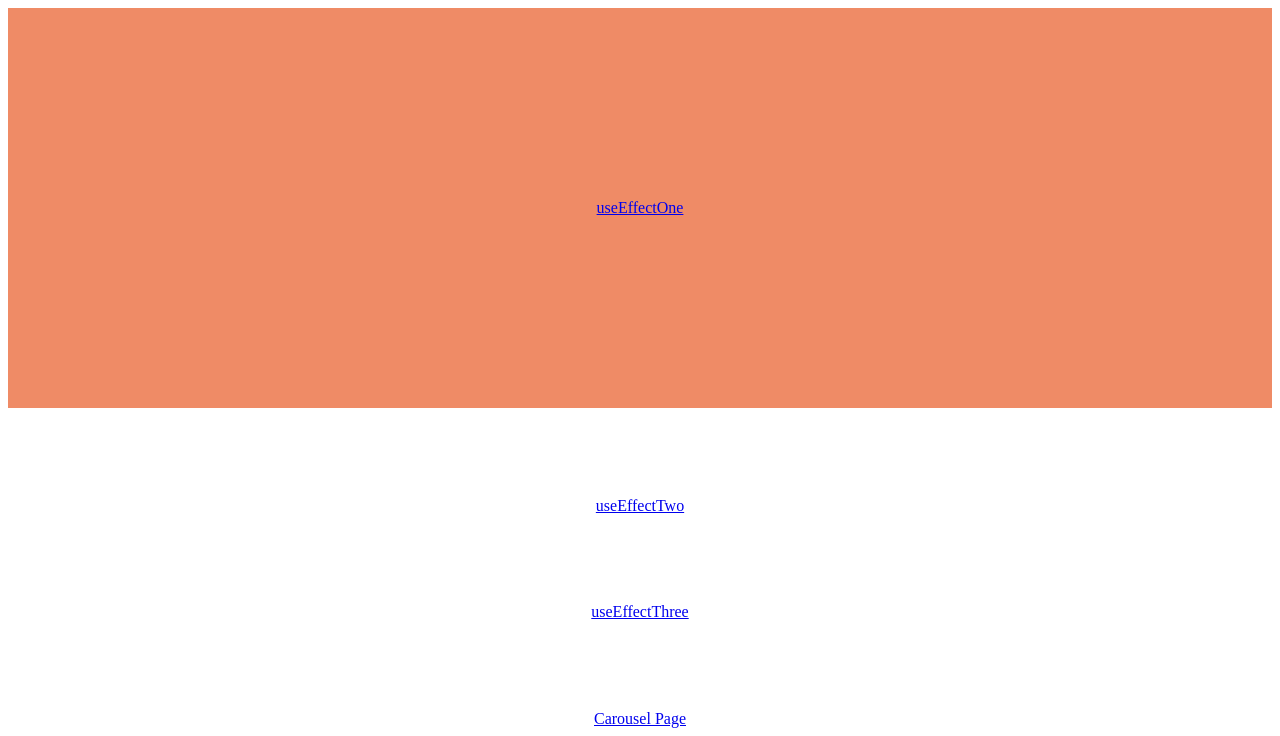
Repository: giovanabirck/class8
Page: /
These files come from the project's save history. The page is drawn as it stood at one moment and after the next save; the edit follows.
The browser window is 1280 px wide. The pictures show the whole page.
The project was rebuilt for these pictures with package versions that can differ from the ones it lists, and the page was loaded fresh each time. The framework's server and built-in components were replaced by stand-ins that run in the browser. Also part of the build but not shown: next.config.js.

Above is the page before, as saved 2023-02-23 17:48:18.

After the next save:
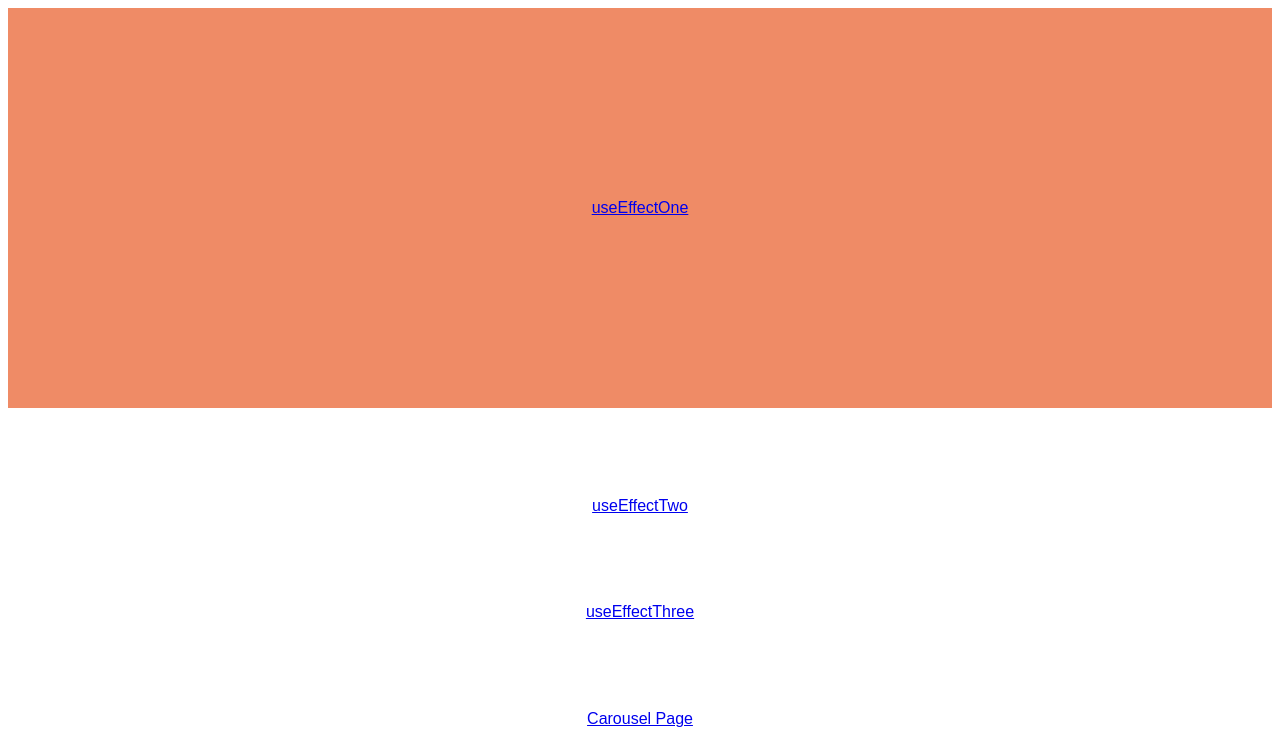
Saved 4 s later.
--- a/styles/Home.module.css
+++ b/styles/Home.module.css
@@ -5,7 +5,7 @@
   align-items: center;
   padding: 0rem;
   min-height: 100vh;
-  font-family: ;
+  font-family: Arial, Helvetica, sans-serif;
 }
 
 .effect_one {
